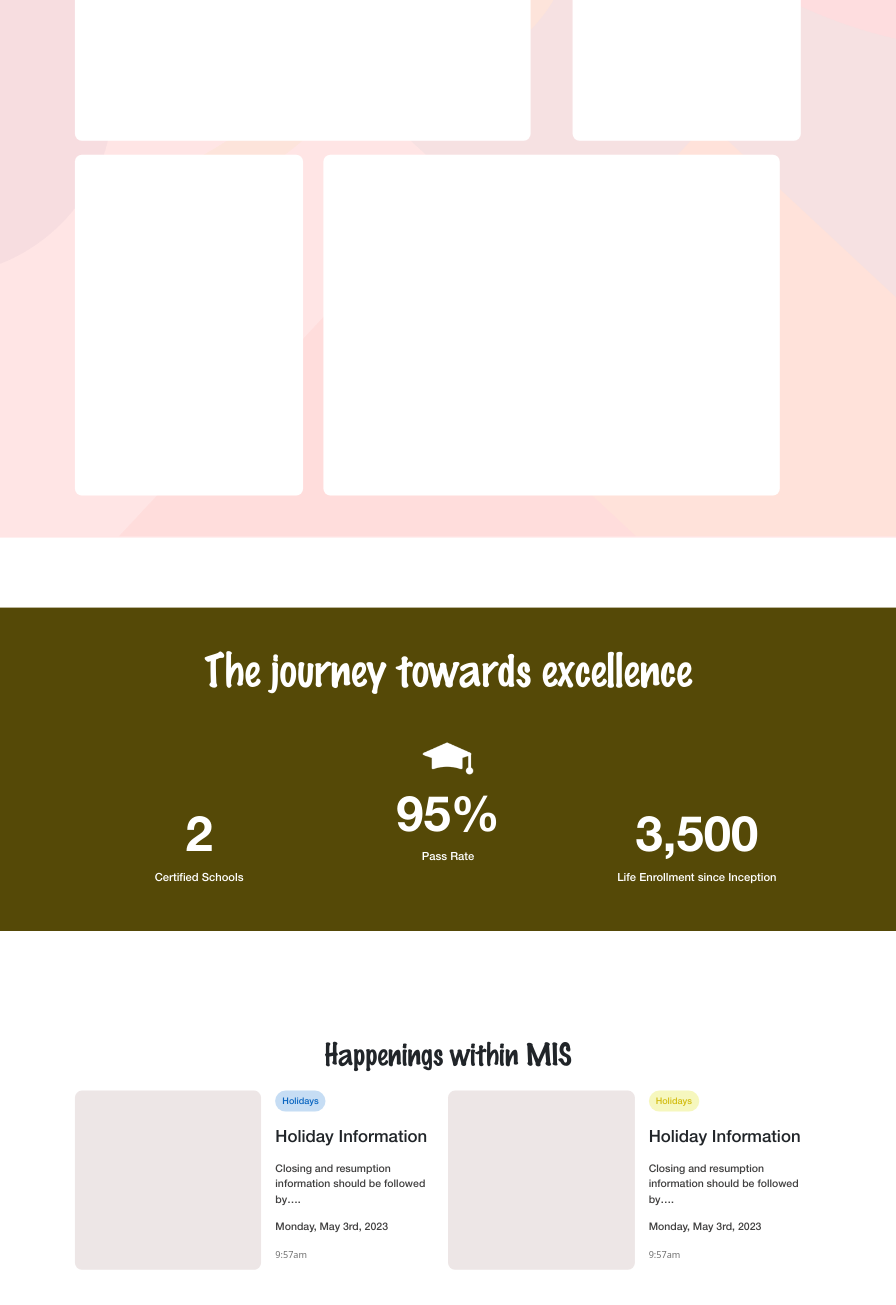
Repository: sarahnnanyelugo/MIGS
Page: /
An editor plug-in stored every save of this project. The page is shown before and after the next save, followed by the edit.
The browser window is 1280 px wide. The pictures show the part of the page from y = 3190 to 5110 px (the page is 5054 px tall before and 5110 px after), at 70% of full size.
The project was rebuilt for these pictures with package versions that can differ from the ones it lists, and the page was loaded fresh each time.

Above is the page before, as saved 2023-05-30 13:55:38.

### src/App.scss
@font-face {
  font-family: maker;
  src: url(./assets/fonts/marker-felt/Marker-Felt.ttf);
}
@font-face {
  font-family: helveticaB;
  src: url(./assets/fonts/helvetica/HelveticaNeueBold.ttf);
}
@font-face {
  font-family: helveticaM;
  src: url(./assets/fonts/helvetica/HelveticaNeueMedium.ttf);
}
@font-face {
  font-family: helveticaR;
  src: url(./assets/fonts/helvetica/HelveticaNeueRegular.ttf);
}

h1,
h2,
h3,
h4,
h5,
h6 {
  font-family: maker;
}

### src/pages/Home/Home.js
import React from "react";
import { AppModal } from "../../components/AppModal/AppModal";
import LandingImg from "../../assets/images/table.jpeg";
import Grad from "../../assets/images/grad.png";
import "./home.scss";
import CountUp from "react-countup";
import { Link } from "react-router-dom";

function Home() {
  return (
    <>
      <div className="col-md-12 landing-img">
        {/* <img
          className="tech-logo"
          src={LandingImg}
          alt="Scholar"
          width="100%"
        />{" "} */}
        <div className="centered col-md-5 offset-md-1">
          <h1>Excellence is our birthright</h1>
        </div>
      </div>
      <center>
        <div className="col-md-12 welcome-div">
          <div className="col-md-7 welcome-header mtt">
            <h1>Welcome to Montessori International Group of Schools</h1>
          </div>
          <div className="col-md-5 mt3 welcome-paragraph">
            <p>
              {" "}
              On behalf of the Management and staff of Montessori International
              School, we welcome you to our website. We are grateful for another
              opportunity to offer you our best and are dedicated to ensuring
              that your child grows up balanced in all endeavours of life and
              not just academically.
            </p>
          </div>
        </div>
      </center>

      <div className="col-md-10 offset-md-1 section-div">
        <center>
          <h1>Our School Sections</h1>
        </center>
        <div className="col-md-12 flexy">
          <div className="col-md-4">
            <div className="col-md-11 sections-container early-years">
              {/* <img
          className="tech-logo"
          src={LandingImg}
          alt="Scholar"
          width="100%"
        />{" "} */}
              <div class="bottom-left col-md-1">
                <h2>Early Years</h2>
              </div>
            </div>
          </div>{" "}
          <div className="col-md-4">
            <div className="col-md-11 sections-container primary">
              {/* <img
          className="tech-logo"
          src={LandingImg}
          alt="Scholar"
          width="100%"
        />{" "} */}
              <div class="bottom-left col-md-1">
                {" "}
                <h2>Primary School</h2>
              </div>
            </div>
          </div>{" "}
          <div className="col-md-4">
            <div className="col-md-11 sections-container special ">
              {/* <img
          className="tech-logo"
          src={LandingImg}
          alt="Scholar"
          width="100%"
        />{" "} */}
              <div class="bottom-left col-md-1">
                {" "}
                <h2>Special Education</h2>
              </div>
            </div>
          </div>
        </div>
      </div>
      <div className="col-md-8 offset-md-3 flexy">
        <div className="col-md-5">
          <div className="col-md-11 sections-container junior ">
            {/* <img
          className="tech-logo"
          src={LandingImg}
          alt="Scholar"
          width="100%"
        />{" "} */}
            <div class="bottom-left col-md-1">
              {" "}
              <h2>Special Education</h2>
            </div>
          </div>
        </div>
        <div className="col-md-5">
          <div className="col-md-11 sections-container senior ">
            {/* <img
          className="tech-logo"
          src={LandingImg}
          alt="Scholar"
          width="100%"
        />{" "} */}
            <div class="bottom-left col-md-1">
              {" "}
              <h2>Special Education</h2>
            </div>
          </div>
        </div>
      </div>
      <div className="col-md-12 birthright-div">
        <center>
          <div className="col-md-6">
            <h1>
              Excellence is our<span>BIRTHRIGHT</span>
            </h1>
            <p>
              On behalf of the Management and staff of Montessori International
              School, we welcome you to our website. We are grateful for another
              opportunity to offer you our best and are dedicated to ensuring
              that your child grows up balanced in all endeavours of life and
              not just academically.
            </p>
          </div>
        </center>
        <div className="col-md-10 offset-md-1 flexy">
          <div className="col-md-8 ">
            <div className="col-md-11 img-div">
              {" "}
              {/* <img
          className="tech-logo"
          src={LandingImg}
          alt="Scholar"
          width="100%"
        />{" "} */}
            </div>
          </div>{" "}
          <div className="col-md-4 ">
            <div className="col-md-11 img-div">
              {" "}
              {/* <img
          className="tech-logo"
          src={LandingImg}
          alt="Scholar"
          width="100%"
        />{" "} */}
            </div>
          </div>
        </div>{" "}
        <div className="col-md-10 offset-md-1 flexy mt2">
          {" "}
          <div className="col-md-4 ">
            <div className="col-md-11 img-div">
              {" "}
              {/* <img
          className="tech-logo"
          src={LandingImg}
          alt="Scholar"
          width="100%"
        />{" "} */}
            </div>
          </div>
          <div className="col-md-8 ">
            <div className="col-md-11 img-div">
              {" "}
              {/* <img
          className="tech-logo"
          src={LandingImg}
          alt="Scholar"
          width="100%"
        />{" "} */}
            </div>
          </div>{" "}
        </div>
      </div>
      <div className="col-md-12 stats-div">
        <center>
          <h1>The journey towards excellence</h1>
        </center>
        <div className="col-md-10 offset-md-1 flexy">
          {" "}
          <div className="col-md-4 mtt stats">
            <center>
              {" "}
              <h1>
                {" "}
                <CountUp
                  start={0}
                  end={2}
                  duration={3}
                  decimal=""
                  prefix=" "
                  suffix=""
                  enableScrollSpy={true}
                />
              </h1>
              <p>Certified Schools</p>
            </center>
          </div>{" "}
          <div className="col-md-4 mt5 stats">
            <center>
              <img className="tech-logo" src={Grad} alt="Scholar" width="20%" />{" "}
              <h1>
                {" "}
                <CountUp
                  start={0}
                  end={95}
                  duration={3}
                  decimal=""
                  prefix=" "
                  suffix="%"
                  enableScrollSpy={true}
                />
              </h1>
              <p>Pass Rate</p>
            </center>
          </div>{" "}
          <div className="col-md-4 mtt stats">
            <center>
              {" "}
              <h1>
                {" "}
                <CountUp
                  start={0}
                  end={3500}
                  duration={3}
                  decimal=""
                  prefix=" "
                  suffix=""
                  enableScrollSpy={true}
                />
              </h1>
              <p>Life Enrollment since Inception</p>
            </center>
          </div>
        </div>
      </div>
      <div className="col-md-10 offset-md-1 news-div mtt">
        <center>
          <h1>Happenings within MIS</h1>
        </center>
        <div className="flexy mt3">
          <div className="col-md-6 flexy">
            <div className="col-md-6 img-div2"></div>
            <div className="col-md-6 news-details">
              <button className="holidays">Holidays</button>
              <h4>Holiday Information</h4>
              <Link className="normal-link" to={"/"}>
                <p>
                  Closing and resumption information should be followed by….
                </p>
              </Link>
              <p>Monday, May 3rd, 2023</p>
              <small>9:57am</small>
            </div>
          </div>
          <div className="col-md-6 flexy mt23">
            <div className="col-md-6 img-div2"></div>
            <div className="col-md-6 news-details">
              <button className="events">Holidays</button>
              <h4>Holiday Information</h4>
              <Link className="normal-link" to={"/"}>
                <p>
                  Closing and resumption information should be followed by….
                </p>
              </Link>
              <p>Monday, May 3rd, 2023</p>
              <small>9:57am</small>
            </div>
          </div>
        </div>
      </div>

      <div>
        <AppModal />
      </div>
    </>
  );
}

export default Home;

### src/components/NavBar/NavBar.jsx
import React, { useEffect, useState, useRef } from "react";
import { Link, NavLink } from "react-router-dom";
import "./_navbar.scss";
import { useLocation } from "react-router-dom";
// import Icofont from "react-icofont";
import Logo from "../../assets/images/logo2.png";

function NavBar() {
  return (
    <>
      <div className="nav-container col-md-10 offset-md-1">
        {" "}
        <div className=" col-md-1 tech-logo-div">
          {" "}
          <img className="tech-logo" src={Logo} alt="Scholar" width="60%" />
        </div>
        <ul className="list-inline list-unstyled ">
          <li className="list-inline-item">
            <NavLink className="tech-links cool-link" to={"/"}>
              About
            </NavLink>
          </li>
          <li className="list-inline-item">
            <NavLink className="tech-links cool-link">Admission</NavLink>
          </li>
          <li className="list-inline-item">
            <NavLink className="tech-links cool-link">Academics</NavLink>
          </li>
          <li className="list-inline-item">
            <NavLink className="tech-links cool-link">IEC</NavLink>
          </li>{" "}
          <li className="list-inline-item">
            <NavLink className="tech-links cool-link">E-shop</NavLink>
          </li>
          <li className="list-inline-item">
            <NavLink className="tech-links cool-link">Gallery</NavLink>
          </li>
          <li className="list-inline-item">
            <button className="nav-btn">e-portal</button>
          </li>
        </ul>
      </div>
    </>
  );
}

export default NavBar;

### src/pages/Home/home.scss
@import "../../variables";
@import "../../shared-styles";
.landing-img {
  position: relative;
  text-align: left;
  color: #fff;
  height: 800px;
  background-color: grey;
}
.centered {
  position: absolute;
  top: 50%;
  left: 20%;

  transform: translate(-50%, -50%);
  h1 {
    font-size: 114px !important;
  }
}
.welcome-header {
  color: #707070;

  h1 {
    font-size: 60px;
  }
}
.welcome-paragraph {
  p {
    color: #707070;
    font-family: helveticaM;
  }
}
.welcome-div {
  height: 800px;
  background: url("../../assets/images/curly.png");
  background-size: contain;
  background-repeat: no-repeat;
}
.section-div {
  margin-top: -280px;

  h1 {
    font-size: 60px;
    color: #707070;
  }
}
.sections-container {
  position: relative;
  text-align: center;
  margin-bottom: 50px;
  border-radius: 10px;
  height: 358px;
}
.bottom-left {
  position: absolute;
  bottom: 8px;
  left: 16px;
}
.early-years {
  background: #ff5252;
  color: #fff;
}
.primary {
  background: #f2e15f;
  color: #000;
}
.special {
  background: #838383;
  color: #fff;
}
.junior {
  background: #2ebbef;
  color: #fff;
}
.senior {
  background: #30eaa9;
  color: #000;
}
.birthright-div {
  background: url("../../assets/images/pink-bg.png");
  background-size: cover;
  background-repeat: no-repeat;
  padding: 60px 0;
  margin: 100px 0;
  h1 {
    margin-bottom: 20px;
  }
  span {
    color: $red;
    font-size: 60px;
  }
  color: #707070;
  p {
    font-family: helveticaM;
    margin-bottom: 100px;
  }
  .img-div {
    height: 487px;
    border-radius: 10px;
    background: #fff;
  }
}
.stats-div {
  background: #554907;
  padding: 50px 0;
  h1 {
    color: #fff;
    font-size: 60px;
    // margin-bottom: 40px;
  }
  .stats {
    h1 {
      color: #fff;
      font-size: 70px;
      font-family: helveticaB;
    }
    p {
      color: #fff;
      font-family: helveticaM;
    }
  }
}
.news-div {
  margin-bottom: 50px;
  .img-div2 {
    background: #ede6e6;
    border-radius: 10px;
    height: 256px;
  }
  .news-details {
    padding: 0 0 0 20px;
    h4 {
      font-family: helveticaM;
      margin: 20px 0;
    }
    button {
      border: none;
      width: 72px;
      height: 30px;
      font-size: 13px;
      font-family: helveticaM;
      border-radius: 35px;
    }
    p {
      font-family: helveticaM;
      color: #414040;
      font-size: 15px;
    }
    small {
      font-size: 13px;
      color: #707070;
    }
    .holidays {
      background: #c6ddf4;
      color: #0b66c1;
    }
    .events {
      background: #f6f7be;
      color: #d3bd13;
    }
  }
}

### src/components/NavBar/_navbar.scss
@import "../../variables";
@import "../../shared-styles";

.nav-container {
  display: flex;
  padding-top: 20px;
  position: relative;
  z-index: 2 !important;
  padding-bottom: 0;
  height: 90px;
  background-color: #fff !important;
  ul li {
    margin-top: 0px !important;
  }
  .nav-btn {
    @include app-btn;
    padding: 8px 40px;
    // margin-top: 0 !important;
    border: none;
  }
  .tech-logo-div {
    flex-grow: 1 !important;
    margin-top: -10px;
  }
  .tech-links {
    color: #000;
    text-decoration: none;
    font-family: helveticaM;
    margin: 0px 28px !important;
    &:hover {
      color: $red;
    }
  }
}

### src/_variables.scss
$yellow: rgb(255, 210, 16);
$red: #ff5252;
$skyblue: rgb(83, 180, 242);
$lightblue: rgb(12, 99, 177);
$lightblue2: rgb(12, 88, 160);
$lighterblue: rgb(211, 236, 252);
$deepblue2: rgb(0, 79, 157);
$mainblue: rgb(1, 71, 141);

@mixin app-btn {
  color: #fff;
  border-radius: 35px;
  padding: 8px 130px;
  font-size: 14px;
  background: $red;

  font-family: helveticaM;
  &:hover {
    background: #c90e0e;
    transition: 0.5s ease;
  }
}

### src/_shared-styles.scss
@import "./variables";

@media screen and (max-width: 620px) {
  .flexyM {
    display: flex !important;
  }
  .side-menu {
    display: none !important;
  }
  .page-body {
    padding: 20px;
  }

  .dn {
    display: none;
  }
  .holder img {
    height: 200px;
    margin-top: 40px !important;
  }
  .overlay {
    bottom: -30px !important;
  }
  .m-margin {
    margin-top: 0 !important;
    margin-bottom: 0 !important;
  }
  .navigations {
    display: none;
  }
  .breadcrum {
    margin-top: 350px !important;
  }
}
@media screen and (min-width: 620px) {
  .flexy {
    display: flex;
  }
  .spread {
    display: flex;
  }
  // {
  //   display:none;
  // }
}

/* Container needed to position the overlay. Adjust the width as needed */
.holder {
  position: relative;
  width: 100%;
}

.side-nav2 {
  @media screen and (max-width: 620px) {
    padding: 0 10px 0;
  }
}
.br {
  border-radius: 10px;
}
.mt1 {
  margin-top: 10px;
}
.mt2 {
  margin-top: 20px;
}
.mt3 {
  margin-top: 30px;
}
.mt4 {
  margin-top: 40px;
}
.mt5 {
  margin-top: 50px;
}
.mt6 {
  margin-top: 60px;
}
.mt7 {
  margin-top: 70px;
}
.mt8 {
  margin-top: 80px;
}
.mt9 {
  margin-top: 90px;
}
.mt {
  margin-top: 120px;
}
.mtt {
  margin-top: 150px;
}
.mr1 {
  margin-right: 10px;
}
.mr2 {
  margin-right: 20px;
}
.mr3 {
  margin-right: 30px;
}
.mr4 {
  margin-right: 40px;
}
.mr5 {
  margin-right: 50px;
}
.mr6 {
  margin-right: 60px;
}
.mr7 {
  margin-right: 70px;
}
.mb1 {
  margin-bottom: 10px;
}
.mb2 {
  margin-bottom: 20px;
}
.mb3 {
  margin-bottom: 30px;
}
.mb4 {
  margin-bottom: 40px;
}
.mb5 {
  margin-bottom: 50px;
}
.mb6 {
  margin-bottom: 60px;
}
.ml2 {
  margin-left: 20px;
}
.ml3 {
  margin-left: 30px;
}
.ml4 {
  margin-left: 40px;
}
.ml5 {
  margin-left: 50px;
}
.ml6 {
  margin-left: 60px;
}

.app-btn {
  @include app-btn;
  width: 100% !important;
}
.tac {
  text-align: center;
}
.normal-link {
  font-family: helveticaM;
  color: black !important;
  text-decoration: none;
}

Loaded but not shown: public/index.html (common file); src/index.css (common file); src/reportWebVitals.js (common file); src/components/scrollToTop.js (common file); src/components/AppModal/AppModal.js (60 lines, source omitted); src/App.js (24 lines, source omitted); src/index.js (18 lines, source omitted); src/components/AppModal/_app-modal.scss (464 lines, source omitted)

After the next save:
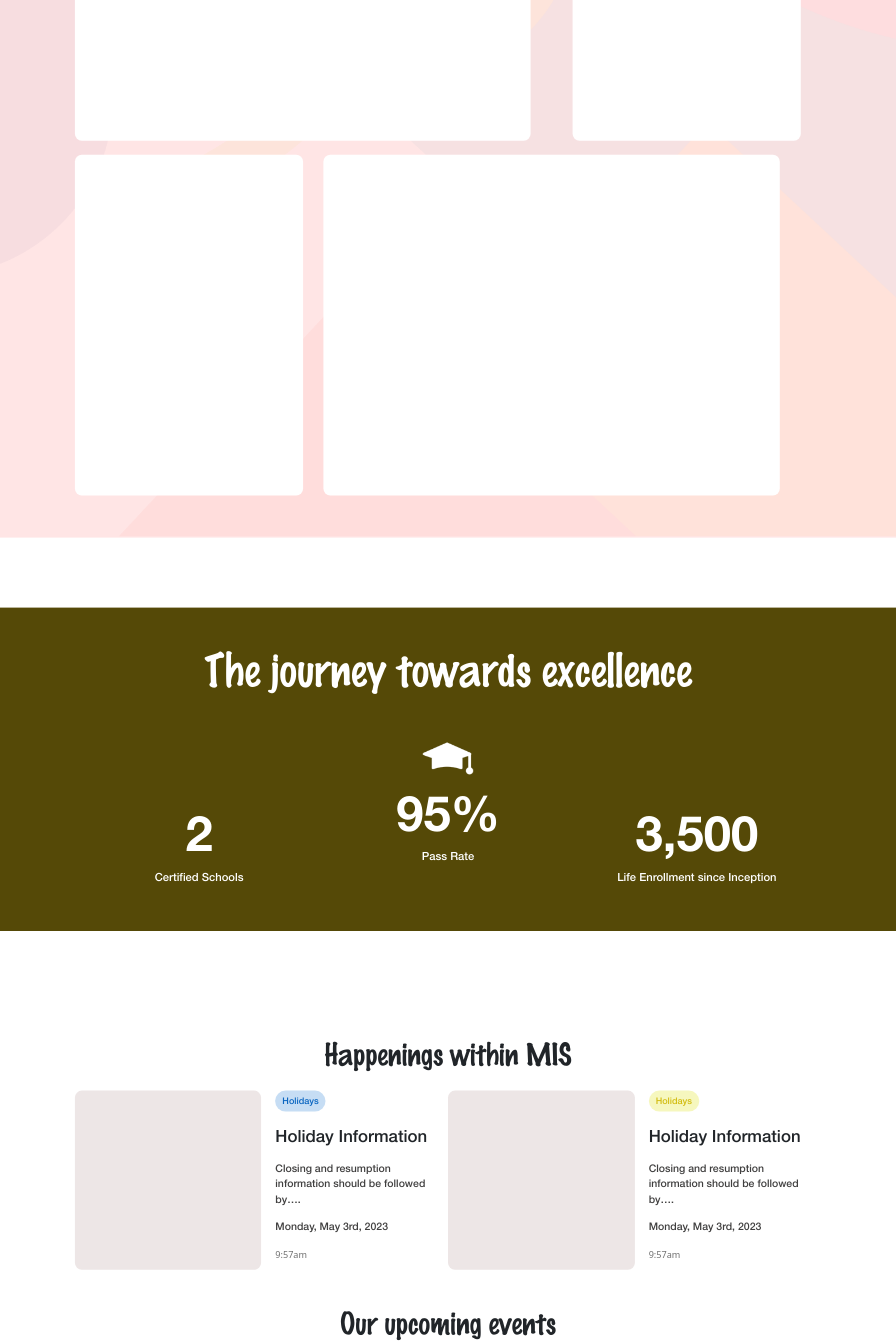
Saved 45 s later.
--- a/src/pages/Home/Home.js
+++ b/src/pages/Home/Home.js
@@ -278,7 +278,11 @@ function Home() {
           </div>
         </div>
       </div>
-
+      <div className="col-md-10 offset-md-1">
+        <center>
+          <h1>Our upcoming events</h1>
+        </center>
+      </div>
       <div>
         <AppModal />
       </div>
